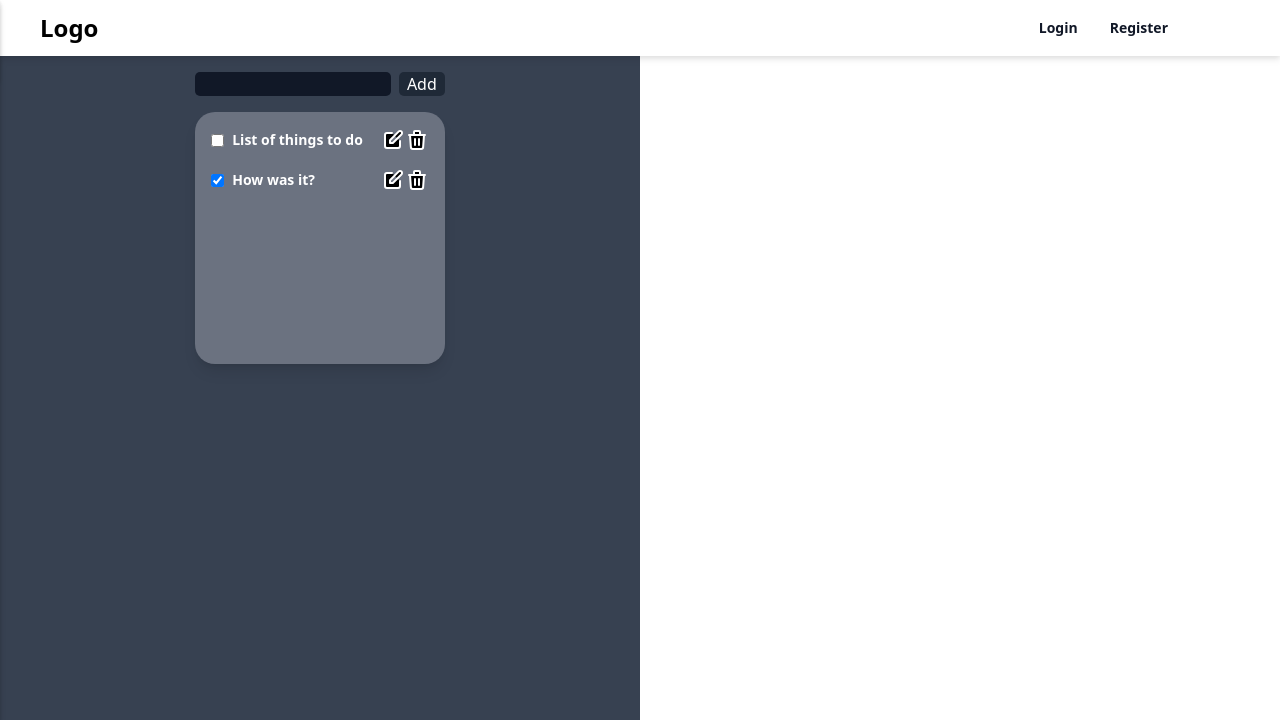
Repository: nation430/loginAuth-Nextjs
Page: /todos/TodoPage
These files come from the project's save history. The page is drawn as it stood at one moment and after the next save; the edit follows.
The browser window is 1280 px wide. The pictures show the whole page.
The project was rebuilt for these pictures with package versions that can differ from the ones it lists, and the page was loaded fresh each time. The framework's server and built-in components were replaced by stand-ins that run in the browser. Also part of the build but not shown: next.config.js.

Above is the page before, as saved 2022-06-07 10:19:46.

### pages/todos/TodoPage.js
import { useState } from "react";
import uniqud from "uniqid"; //npm install uniqid
import Todo from "./Todo";

const TodoPage = (props) => {
  const [todos, setTodos] = useState([
    {
      id: uniqud(),
      text: "List of things to do",
      completed: false,
    },

    {
      id: uniqud(),
      text: "How was it?",
      completed: true,
    },
  ]);
  const [value, setValue] = useState("");
  const addTodo = (e) => {
    e.preventDefault();
    const newTodos = [...todos];
    newTodos.push({
      id: uniqud(),
      completed: false,
      text: value,
    });
    setTodos(newTodos);
    setValue("");
  };
  return (
    <div className="w-[50%] h-[100vh] bg-gray-700 flex flex-col text-white p-2 items-center space-y-4">
      <h1 className="uppercase pt-6 font-bold">List Items</h1>
      <form onSubmit={addTodo} className="w-[40%] space-x-2 flex">
        <input
          className="bg-gray-900 outline-none text-[0.8em]
        rounded-[5px] flex-grow indent-4"
          value={value}
          onChange={(e) => setValue(e.target.value)}
        />
        <button className="bg-gray-800 px-2 rounded-[5px] active:bg-gray-600">
          Add
        </button>
      </form>

      <div className="w-[40%] min-h-[35vh] border-none flex flex-col relative bg-gray-500 shadow-lg rounded-[20px]">
        {todos.map(({ id, text, completed }) => {
          return (
            <Todo
              id={id}
              completed={completed}
              text={text}
              todos={todos}
              setTodos={setTodos}
            />
          );
        })}
      </div>
    </div>
  );
};

export default TodoPage;

### components/Layout.js
import Meta from "./Meta";
import Nav from "./Nav";

const Layout = (props) => {
  return (
    <>
      <Meta />
      <Nav />
      <div>
        <main className="">{props.children}</main>
      </div>
    </>
  );
};

export default Layout;

### styles/globals.css
html,
body {
  padding: 0;
  margin: 0;

}

a {
  color: inherit;
  text-decoration: none;
}

* {
  box-sizing: border-box;
}
@tailwind base;
@tailwind components;
@tailwind utilities;


.bg-img{
position: absolute;
width: 1440px;
height: 736px;
left: 0px;
top: 111px;

background: rgba(0, 0, 0, 0.45);

}

### pages/todos/Todo.js
import EditIcon from "../../components/EditIcon";
import DeleteIcon from "../../components/DeleteIcon";
import { useState } from "react";

const Todo = ({ id, text, completed, todos, setTodos }) => {
  const [editMode, setEditMode] = useState(false);
  const [editValue, setEditValue] = useState(text);
  const handleDelete = (e) => {
    e.preventDefault();
    let newTodos = [...todos];
    newTodos = newTodos.filter((el) => el.id !== id);
    setTodos(newTodos);
  };

  const handleEdit = (e) => {
    e.preventDefault();
    const newTodos = [...todos];
    const index = newTodos.findIndex((el) => el.id === id);
    newTodos[index] = {
      ...newTodos[index],
      text: editValue,
    };
    setTodos(newTodos);
    setEditValue("");
    setEditMode(false);
  };
  const handleCheckBox = (e) => {
    const newTodos = [...todos];
    const index = newTodos.findIndex((el) => el.id === id);
    newTodos[index] = {
      ...newTodos[index],
      completed: !newTodos[index].completed,
    };
    setTodos(newTodos);
  };
  return (
    <div className="flex w-[100%] text-[0.7em] justify-between px-4 pt-4 space-x-2 text-sm">
      <div className="flex items-center space-x-2 font-bold ">
        <input type="checkbox" checked={completed} onChange={handleCheckBox} />
        {editMode ? (
          <form onSubmit={handleEdit}>
            <input
              type="text"
              value={editValue}
              onChange={(e) => setEditValue(e.target.value)}
              className="bg-gray-800 outline-none px-2 w-[100%]"
            />
          </form>
        ) : (
          <div>{text}</div>
        )}
      </div>
      <div className="flex">
        <EditIcon
          className="w-6 hover:cursor-pointer
            hover:opacity-80 transition-all"
          onClick={(e) => setEditMode(true)}
        />
        <DeleteIcon
          className="w-6 hover:cursor-pointer
             hover:opacity-80 transition-all"
          onClick={handleDelete}
        />
      </div>
    </div>
  );
};

export default Todo;

### components/Meta.js
import Head from "next/head";

const Meta = ({ title, keywords, description }) => {
  return (
    <Head>
      <meta
        name="viewport"
        content="width=device-width,
            initial-scale=1"
      />
      <meta name="keywords" content={keywords} />
      <meta name="description" content={description} />
      <meta charSet="utf-8" />
      <link rel="icon" href="/favicon.icon" />
      <title>{title}</title>
    </Head>
  );
};

Meta.defaultProps = {
  title: "todolist-app",
  keywords: "web development, programming",
  description: "todolist-app",
};
export default Meta;

### components/Nav.js
import Link from "next/link";
import { useState } from "react";

function NavLink({ to, children }) {
  return (
    <a href={to} className={`mx-4 `}>
      {children}
    </a>
  );
}

function MobileNav({ open, setOpen }) {
  return (
    <div
      className={`absolute top-0 left-0 h-screen w-screen
        bg-white transform ${open ? "-translate-x-0" : "-translate-x-full"}
        transition-transform duration-300 ease-in-out
        filter drop-shadow-md text-mycolor3-600 font-bold text-xl`}
    >
      <div className="flex items-center justify-center filter drop-shadow-md bg-white h-20">
        {""}
      </div>
      <div className="flex flex-col ml-4 text-base space-y-4">
        <Link
          className=" font-normal   "
          href="/login"
          // onClick={() =>
          //   setTimeout(() => {
          //     setOpen(!open);
          //   }, 100)
          // }
        >
          Login
        </Link>
        <Link
          className="font-normal "
          href="/register"
          // onClick={() =>
          //   setTimeout(() => {
          //     setOpen(!open);
          //   }, 100)
          // }
        >
          Register
        </Link>
      </div>
    </div>
  );
}

const Nav = () => {
  const [open, setOpen] = useState(false);
  return (
    <div className="w-full fixed top-0 animated z-40 justify-between ">
      <nav className="flex  filter drop-shadow-md bg-white sm:px-10  py-4 h-14 items-center">
        <MobileNav open={open} setOpen={setOpen} />
        <div className="w-6/12 flex items-center">
          <a className="text-2xl font-semibold " href="/">
            <p>Logo</p>
          </a>
        </div>
        <div className=" w-6/12 flex justify-end mr-14 items-center">
          <div
            className="z-50 flex relative w-8 h-8 flex-col justify-between items-center md:hidden"
            onClick={() => {
              setOpen(!open);
            }}
          >
            {/* hamburger button */}
            <span
              className={`h-1 w-full bg-black rounded-lg transform transition duration-300 ease-in-out ${
                open ? "rotate-45 translate-y-3.5" : ""
              }`}
            />
            <span
              className={`h-1 w-full bg-black rounded-lg transition-all duration-300 ease-in-out ${
                open ? "w-0" : "w-full"
              }`}
            />
            <span
              className={`h-1 w-full bg-black rounded-lg transform transition duration-300 ease-in-out ${
                open ? "-rotate-45 -translate-y-3.5" : ""
              }`}
            />
          </div>

          <div className="hidden md:flex text-gray-900  font-semibold text-sm">
            <NavLink to="/login">Login</NavLink>
            <NavLink to="/register">Register</NavLink>
          </div>
        </div>
      </nav>
    </div>
  );
};

export default Nav;

### components/EditIcon.js
const EditIcon = props =>{
    return(
        <svg {...props} viewBox="0 0 24 24" stroke="currentColor">
        <path strokeLinecap="round" strokeLinejoin="round" strokeWidth={2} d="M11 5H6a2 2 0 00-2 2v11a2 2 0 002 2h11a2 2 0 002-2v-5m-1.414-9.414a2 2 0 112.828 2.828L11.828 15H9v-2.828l8.586-8.586z" />
       </svg>
    )
}


export default EditIcon;

### components/DeleteIcon.js
const DeleteIcon = props =>{
    return(
        <svg {...props} viewBox="0 0 24 24" stroke="currentColor">
        <path strokeLinecap="round" strokeLinejoin="round" strokeWidth={2} d="M19 7l-.867 12.142A2 2 0 0116.138 21H7.862a2 2 0 01-1.995-1.858L5 7m5 4v6m4-6v6m1-10V4a1 1 0 00-1-1h-4a1 1 0 00-1 1v3M4 7h16" />
      </svg>
    )
}


export default DeleteIcon;

Loaded but not shown: pages/_app.js (common file); tailwind.config.js (common file)

After the next save:
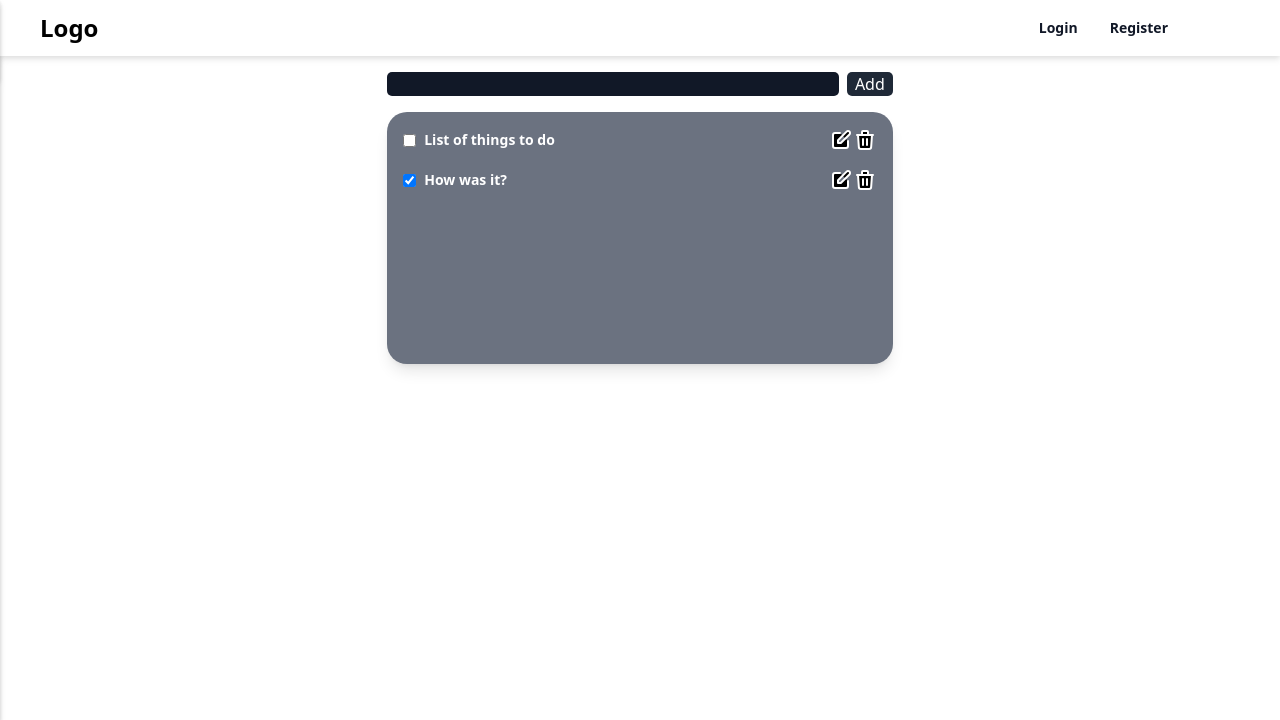
Saved 3 min 22 s later.
--- a/pages/todos/TodoPage.js
+++ b/pages/todos/TodoPage.js
@@ -29,7 +29,7 @@
     setValue("");
   };
   return (
-    <div className="w-[50%] h-[100vh] bg-gray-700 flex flex-col text-white p-2 items-center space-y-4">
+    <div className=" flex flex-col text-white p-2 items-center space-y-4">
       <h1 className="uppercase pt-6 font-bold">List Items</h1>
       <form onSubmit={addTodo} className="w-[40%] space-x-2 flex">
         <input

After the save that followed:
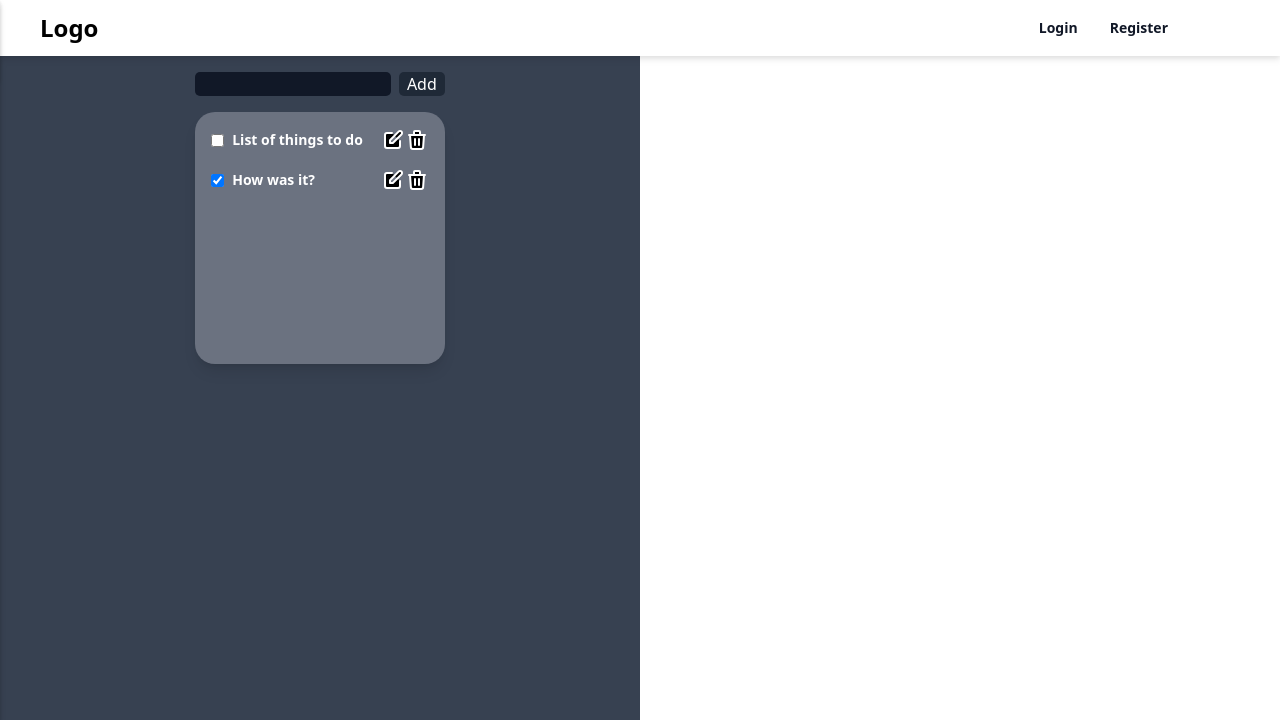
Saved 34 s later.
--- a/pages/todos/TodoPage.js
+++ b/pages/todos/TodoPage.js
@@ -29,7 +29,7 @@
     setValue("");
   };
   return (
-    <div className=" flex flex-col text-white p-2 items-center space-y-4">
+    <div className="w-[50%] h-[100vh] bg-gray-700 flex flex-col text-white p-2 items-center space-y-4">
       <h1 className="uppercase pt-6 font-bold">List Items</h1>
       <form onSubmit={addTodo} className="w-[40%] space-x-2 flex">
         <input
